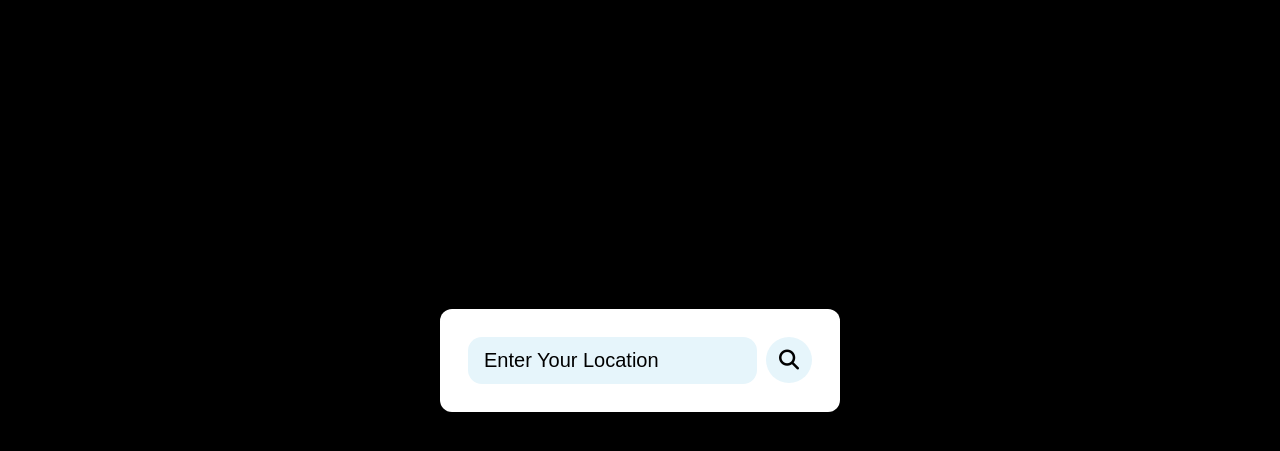
Repository: kapucuonur/weather-app
Page: index.html
An editor plug-in stored every save of this project. The page is shown before and after the next save, followed by the edit.
The browser window is 1280 px wide. The pictures show the whole page.
Some web libraries are served in a nearby version.

Above is the page before, as saved 2024-11-16 14:38:40.

### index.html
<!DOCTYPE html>
<html lang="en">
<head>
    <meta charset="UTF-8">
    <meta http-equiv="X-UA-Compatible" content="IE=edge">
    <meta name="viewport" content="width=device-width, initial-scale=1.0">
    <title>Weather App With JavaScript</title>
    <link rel="stylesheet" href="style.css">
</head>
<body>
    <div class="container">
        <div class="header">
            <div class="search-box">
                <input type="text" placeholder="Enter your location" class="input-box">

                <button class="fa-solid fa-magnifying-glass" id="searchBtn"></button>
            </div>
        </div>

        <div class="location-not-found">
            <h1>Sorry, Location not found!!!</h1>
            <img src="/assets/404.png" alt="404 Error">
        </div>

        <div class="weather-body">
            <img src="/assets/cloud.png" alt="Weather Image" class="weather-img">

            <div class="weather-box">
                <p class="temperature">0 <sup>°C</sup></p>
                <p class="description">light rain</p>
            </div>

            <div class="weather-details">
                <div class="humidity">
                    <i class="fa-sharp fa-solid fa-droplet"></i>
                    <div class="text">
                        <span id="humidity">45%</span>
                        <p>Humidity</p>
                    </div>
                </div>

                <div class="wind">
                    <i class="fa-solid fa-wind"></i>
                    <div class="text">
                        <span id="wind-speed">12Km/H</span>
                        <p>Wind Speed</p>
                    </div>
                </div>
            </div>
        </div>
    </div>


    <script src="script.js"></script>
    <script src="https://kit.fontawesome.com/595a890311.js" crossorigin="anonymous"></script>
</body>
</html>

### style.css
*{
    margin: 0;
    padding: 0;
    box-sizing: border-box;
    border: none;
    outline: none;
    font-family: sans-serif;
}

body{
    min-height: 100vh;
    display: flex;
    justify-content: center;
    align-items: center;
    background-color: #000;
}

.container{
    width: 400px;
    height: min-content;
    background-color: #fff;
    border-radius: 12px;
    padding: 28px;
}

.search-box{
    width: 100%;
    height: min-content;
    display: flex;
    justify-content: space-between;
    align-items: center;
}

.search-box input{
    width: 84%;
    font-size: 20px;
    text-transform: capitalize;
    color: #000;
    background-color: #e6f5fb;
    padding: 12px 16px;
    border-radius: 14px;
}

.search-box input::placeholder{
    color: #000;
}

.search-box button{
    width: 46px;
    height: 46px;
    background-color: #e6f5fb;
    border-radius: 50%;
    cursor: pointer;
    font-size: 20px;
}

.search-box button:hover{
    color: #fff;
    background-color: #ababab;
}

.weather-body{
    justify-content: center;
    align-items: center;
    flex-direction: column;
    margin-block: 20px;
    display: none;
}
.weather-body img{
    width: 60%;
}

.weather-box{
    margin-block: 20px;
    text-align: center;
}

.weather-box .temperature{
    font-size: 40px;
    font-weight: 800;
    position: relative;
}

.weather-box .temperature sup{
    font-size: 20px;
    position: absolute;
    font-weight: 600;
}

.weather-box .description{
    font-size: 20px;
    font-weight: 700;
    text-transform: capitalize;
}

.weather-details{
    width: 100%;
    display: flex;
    justify-content: space-between;
    margin-top: 30px;
}

.humidity, .wind{
    display: flex;
    align-items: center;
}

.humidity{
    margin-left: 20px;
}

.wind{
    margin-right: 20px;
}

.weather-details i{
    font-size: 36px;
}

.weather-details .text{
    margin-left: 10px;
    font-size: 16px;
}

.text span{
    font-size: 20px;
    font-weight: 700;
}

.location-not-found{
    margin-top: 20px;
    display: none;
    align-items: center;
    justify-content: center;
    flex-direction: column;
}

.location-not-found h1{
    font-size: 20px;
    color: #6b6b6b;
    margin-block-end: 15px;
}
.location-not-found img{
    width: 80%;
}

### script.js
const inputBox = document.querySelector('.input-box');
const searchBtn = document.getElementById('searchBtn');
const weather_img = document.querySelector('.weather-img');
const temperature = document.querySelector('.temperature');
const description = document.querySelector('.description');
const humidity = document.getElementById('humidity');
const wind_speed = document.getElementById('wind-speed');

const location_not_found = document.querySelector('.location-not-found');

const weather_body = document.querySelector('.weather-body');


async function checkWeather(city){
    const api_key = "4cd0eee81294c867b4bc4cfc64e998c5";
    const url = `https://api.openweathermap.org/data/2.5/weather?q=${city}&appid=${api_key}`;

    const weather_data = await fetch(`${url}`).then(response => response.json());


    if(weather_data.cod === `404`){
        location_not_found.style.display = "flex";
        weather_body.style.display = "none";
        console.log("error");
        return;
    }

    console.log("run");
    location_not_found.style.display = "none";
    weather_body.style.display = "flex";
    temperature.innerHTML = `${Math.round(weather_data.main.temp - 273.15)}°C`;
    description.innerHTML = `${weather_data.weather[0].description}`;

    humidity.innerHTML = `${weather_data.main.humidity}%`;
    wind_speed.innerHTML = `${weather_data.wind.speed}Km/H`;


    switch(weather_data.weather[0].main){
        case 'Clouds':
            weather_img.src = "/assets/cloud.png";
            break;
        case 'Clear':
            weather_img.src = "/assets/clear.png";
            break;
        case 'Rain':
            weather_img.src = "/assets/rain.png";
            break;
        case 'Mist':
            weather_img.src = "/assets/mist.png";
            break;
        case 'Snow':
            weather_img.src = "/assets/snow.png";
            break;

    }

    console.log(weather_data);
}


searchBtn.addEventListener('click', ()=>{
    checkWeather(inputBox.value);
});

After the next save:
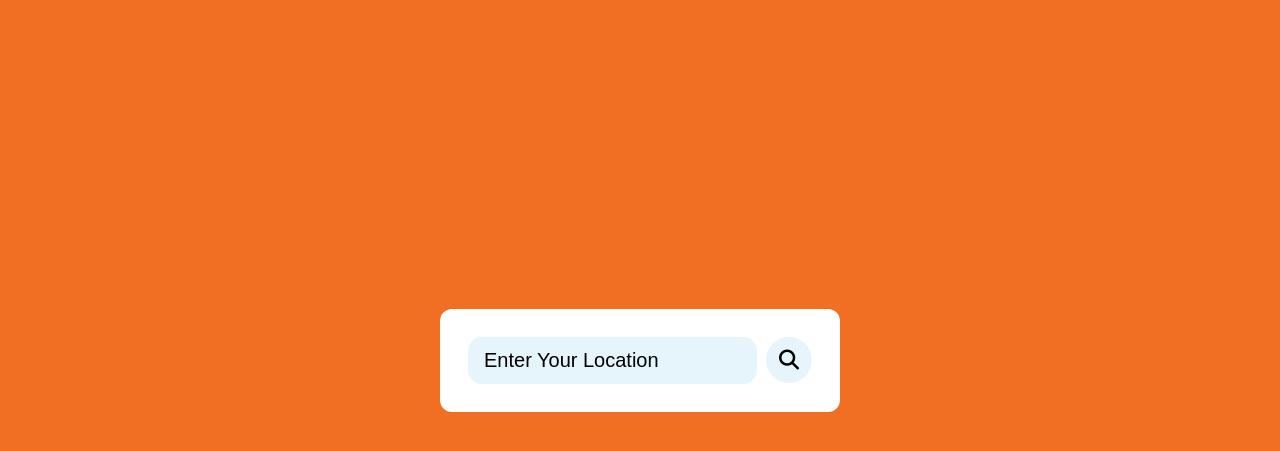
Saved 36 s later.
--- a/style.css
+++ b/style.css
@@ -12,7 +12,7 @@ body{
     display: flex;
     justify-content: center;
     align-items: center;
-    background-color: #000;
+    background-color: #f16f23;
 }
 
 .container{
